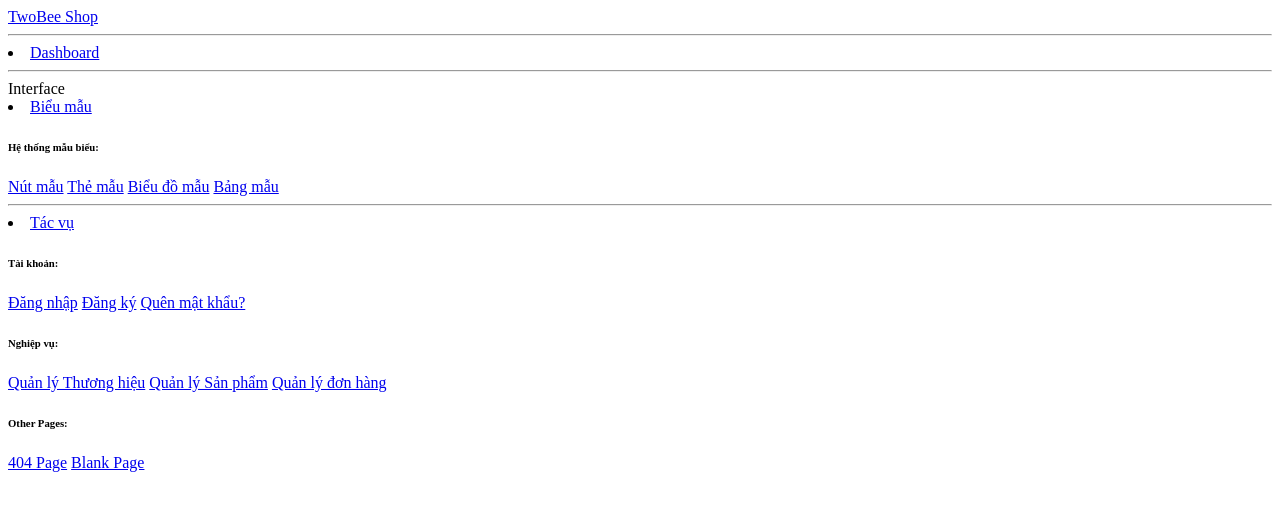
Repository: tuandh111/Java-6-asm
Page: Front-end/Java6_asm_/component/admin/sidebar.html
An editor plug-in stored every save of this project. The page is shown before and after the next save, followed by the edit.
The browser window is 1280 px wide. The pictures show the whole page.

Above is the page before, as saved 2024-03-30 19:47:58.

After the next save:
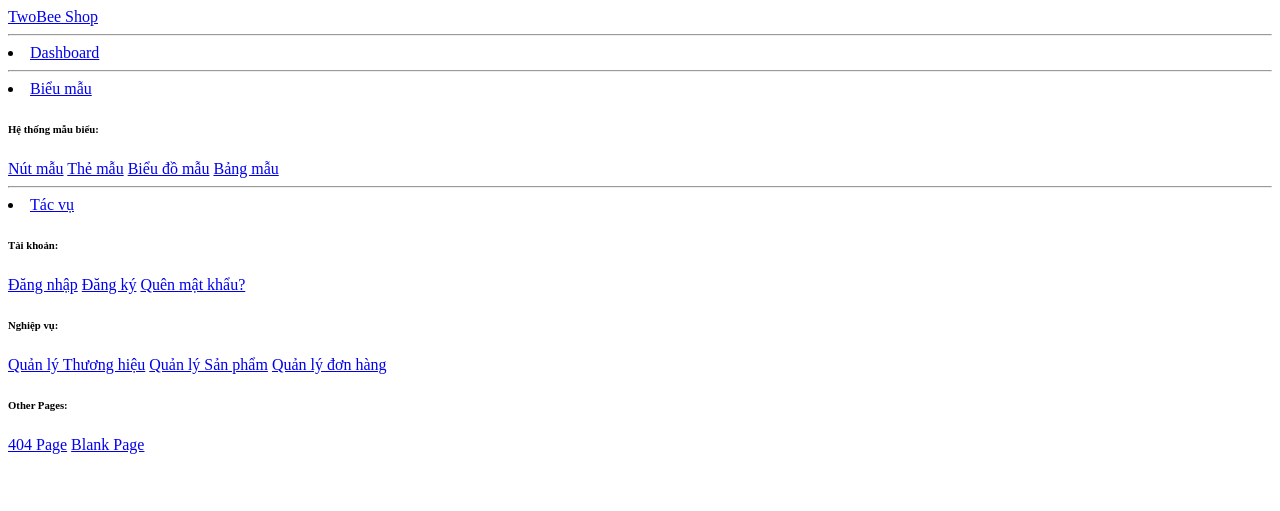
Saved 53 s later.
--- a/Front-end/Java6_asm_/component/admin/sidebar.html
+++ b/Front-end/Java6_asm_/component/admin/sidebar.html
@@ -21,11 +21,6 @@
 
 <!-- Divider -->
 <hr class="sidebar-divider">
-
-<!-- Heading -->
-<div class="sidebar-heading">
-    Interface
-</div>
 
 <!-- Nav Item - Pages Collapse Menu -->
 <li class="nav-item">
